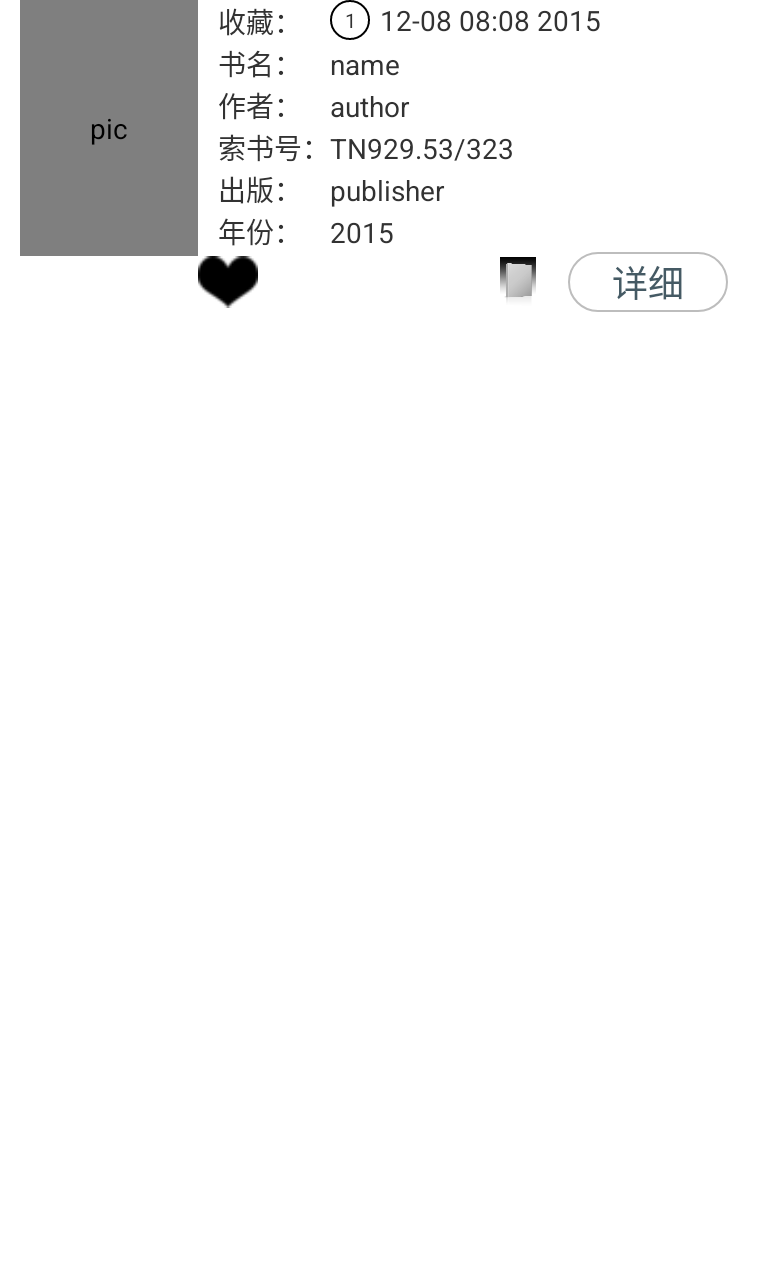
Repository: zhuyue1314/SysuLibrary
Layout: SysuLibrary-android/SysuMobileLibrary/res/layout/like_book_list_item.xml
These files come from the project's save history. The layout is drawn as it stood at one moment and after the next save; the edit follows.
Pictures or frames that could not be fetched are drawn as grey boxes. It is drawn on a 768 x 1280 px phone screen (xhdpi) without system bars, with theme AppTheme; the app's code is not run.

Above is the layout before, as saved 2015-12-29 14:31:33.

### SysuLibrary-android/SysuMobileLibrary/res/layout/like_book_list_item.xml
<?xml version="1.0" encoding="utf-8"?>
<LinearLayout xmlns:android="http://schemas.android.com/apk/res/android"
    android:layout_width="match_parent"
    android:layout_height="match_parent"
    android:orientation="vertical" >

    <LinearLayout
        android:layout_width="match_parent"
        android:layout_height="wrap_content"
        android:layout_marginLeft="10dp"
        android:layout_marginRight="10dp"
        android:orientation="horizontal" >

        <com.android.volley.toolbox.NetworkImageView
            android:id="@+id/niv_pic"
            android:layout_width="89dp"
            android:layout_height="128dp"
            android:contentDescription="pic"
            android:scaleType="centerCrop"
            android:src="@drawable/head_cat" />

        <LinearLayout
            android:layout_width="fill_parent"
            android:layout_height="wrap_content"
            android:orientation="vertical" >

            <TableLayout
                android:layout_width="fill_parent"
                android:layout_height="match_parent"
                android:layout_marginLeft="10dp" >

                <TableRow>

                    <TextView
                        android:layout_width="wrap_content"
                        android:layout_height="wrap_content"
                        android:text="收藏：" />

                    <LinearLayout
                        android:layout_width="match_parent"
                        android:layout_height="wrap_content"
                        android:gravity="center"
                        android:orientation="horizontal" >

                        <TextView
                            android:id="@+id/tv_no"
                            android:layout_width="20dp"
                            android:layout_height="20dp"
                            android:layout_marginRight="5dp"
                            android:background="@drawable/circle_index"
                            android:gravity="center"
                            android:text="1"
                            android:textSize="10sp" />

                        <TextView
                            android:id="@+id/tv_like_time"
                            android:layout_width="fill_parent"
                            android:layout_height="wrap_content"
                            android:clickable="true"
                            android:ellipsize="marquee"
                            android:singleLine="true"
                            android:text="12-08 08:08 2015"
                            android:textIsSelectable="true" />
                    </LinearLayout>
                </TableRow>

                <TableRow>

                    <TextView
                        android:layout_width="wrap_content"
                        android:layout_height="wrap_content"
                        android:text="书名：" />

                    <TextView
                        android:id="@+id/tv_name"
                        android:layout_width="fill_parent"
                        android:layout_height="wrap_content"
                        android:ellipsize="marquee"
                        android:focusable="true"
                        android:maxLines="2"
                        android:text="name"
                        android:textIsSelectable="true" />
                </TableRow>

                <TableRow>

                    <TextView
                        android:layout_width="wrap_content"
                        android:layout_height="wrap_content"
                        android:text="作者：" />

                    <TextView
                        android:id="@+id/tv_author"
                        android:layout_width="fill_parent"
                        android:layout_height="wrap_content"
                        android:ellipsize="marquee"
                        android:singleLine="true"
                        android:text="author"
                        android:textIsSelectable="true" />
                </TableRow>

                <TableRow>

                    <TextView
                        android:layout_width="wrap_content"
                        android:layout_height="wrap_content"
                        android:text="索书号："
                        />

                    <TextView
                        android:id="@+id/tv_book_num"
                        android:layout_width="fill_parent"
                        android:layout_height="wrap_content"
                        android:ellipsize="marquee"
                        android:singleLine="true"
                        android:text="TN929.53/323"
                        android:textIsSelectable="true" />
                </TableRow>

                <TableRow>

                    <TextView
                        android:layout_width="wrap_content"
                        android:layout_height="wrap_content"
                        android:text="出版：" />

                    <TextView
                        android:id="@+id/tv_publisher"
                        android:layout_width="fill_parent"
                        android:layout_height="wrap_content"
                        android:ellipsize="marquee"
                        android:singleLine="true"
                        android:text="publisher"
                        android:textIsSelectable="true" />
                </TableRow>

                <TableRow>

                    <TextView
                        android:layout_width="wrap_content"
                        android:layout_height="wrap_content"
                        android:text="年份：" />

                    <TextView
                        android:id="@+id/tv_year"
                        android:layout_width="fill_parent"
                        android:layout_height="wrap_content"
                        android:ellipsize="marquee"
                        android:singleLine="true"
                        android:text="2015"
                        android:textIsSelectable="true" />
                </TableRow>
            </TableLayout>

            <RelativeLayout
                android:layout_width="fill_parent"
                android:layout_height="wrap_content" >

                <ImageView
                    android:id="@+id/iv_delete"
                    android:layout_width="30dp"
                    android:layout_height="30dp"
                    android:layout_alignParentLeft="true"
                    android:layout_centerVertical="true"
                    android:src="@drawable/like" />

                <TextView
                    android:id="@+id/tv_detail"
                    android:layout_width="80dp"
                    android:layout_height="30dp"
                    android:layout_alignParentRight="true"
                    android:layout_marginLeft="10dp"
                    android:layout_marginRight="10dp"
                    android:background="@drawable/imageview_btn_item_selector"
                    android:clickable="true"
                    android:focusable="true"
                    android:gravity="center"
                    android:text="详细"
                    android:textColor="#455a64"
                    android:textSize="18sp" />

                <ImageView
                    android:id="@+id/iv_note"
                    android:layout_width="30dp"
                    android:layout_height="25dp"
                    android:layout_centerVertical="true"
                    android:layout_toLeftOf="@id/tv_detail"
                    android:src="@drawable/book_bg" />
            </RelativeLayout>
        </LinearLayout>
    </LinearLayout>

</LinearLayout>

### SysuLibrary-android/SysuMobileLibrary/res/values/styles.xml
<resources>


    <!-- 标题1样式 -->
    <style name="txt_titleStyle1">
        <item name="android:layout_width">wrap_content</item>
        <item name="android:layout_height">wrap_content</item>
        <item name="android:textSize">20sp</item>
        <item name="android:textColor">@color/white</item>
    </style>
    <!-- 图片样式 -->
    <style name="img_Style">
        <item name="android:layout_width">wrap_content</item>
        <item name="android:layout_height">wrap_content</item>
        <item name="android:contentDescription">@string/app_name</item>
    </style>

    <style name="TxtTitle" parent="@style/img_Style">
        <item name="android:textSize">18sp</item>
        <item name="android:textColor">#000000</item>
        <item name="android:paddingLeft">6.0dip</item>
        <item name="android:paddingRight">6.0dip</item>
        <item name="android:focusable">false</item>
    </style>

    <style name="tab_menu_item">
        <item name="android:layout_width">0dp</item>
        <item name="android:layout_weight">1</item>
        <item name="android:layout_height">match_parent</item>
        <item name="android:background">@drawable/tab_menu_bg</item>
        <item name="android:button">@null</item>
        <item name="android:gravity">center</item>
        <item name="android:paddingTop">3dp</item>
        <item name="android:textColor">@drawable/tab_menu_text</item>
        <item name="android:textSize">15sp</item>
    </style>
    <!--
        Base application theme, dependent on API level. This theme is replaced
        by AppBaseTheme from res/values-vXX/styles.xml on newer devices.



    -->
    <style name="AppBaseTheme" parent="android:Theme.Light">
        <!--
            Theme customizations available in newer API levels can go in
            res/values-vXX/styles.xml, while customizations related to
            backward-compatibility can go here.



        -->
    </style>

    <!-- Application theme. -->
    <style name="AppTheme" parent="AppBaseTheme">
        <!-- All customizations that are NOT specific to a particular API-level can go here. -->
    </style>

</resources>

### SysuLibrary-android/SysuMobileLibrary/res/drawable/circle_index.xml
<?xml version="1.0" encoding="utf-8"?>
<shape
    xmlns:android="http://schemas.android.com/apk/res/android"
    android:shape="oval"
    android:useLevel="false">

    <solid android:color="#ffffff"/>
    <stroke
        android:width="1dp"
        android:color="#000000"/>
    <size android:width="20dp"
          android:height="20dp"/>
</shape>

### SysuLibrary-android/SysuMobileLibrary/res/drawable/imageview_btn_item_selector.xml
<?xml version="1.0" encoding="utf-8"?>
<selector xmlns:android="http://schemas.android.com/apk/res/android">

    <item android:drawable="@color/black2" android:state_pressed="true"><shape xmlns:android="http://schemas.android.com/apk/res/android">
            <solid android:color="#80858175" />

            <stroke android:width="2dip" android:color="#f5f5f5" />

            <corners android:radius="20dp" />
        </shape></item>
    <item android:state_pressed="false"><shape android:shape="rectangle">
            <solid android:color="#80858175" />

            <gradient android:angle="90" android:endColor="@color/white" android:startColor="@color/white" />

            <stroke android:width="1dip" android:color="#bdbdbd" />

            <corners android:radius="20dp" />
        </shape></item>

</selector><!--
solid设置填充颜色，颜色值以#80开头表示透明
stroke 设置边框宽度，颜色值
corners设置圆角
-->

### SysuLibrary-android/SysuMobileLibrary/res/values/colors.xml
<?xml version="1.0" encoding="utf-8"?>
<resources>

    <color name="bg_black">#000000</color>
    <color name="bg_white">#FFFFFF</color>
    <color name="bg_topbar">#FCFCFC</color>
    <color name="bg_gray">#00F1F1F1</color>
    <color name="transparent">#00FFFFFF</color>
    <color name="red">#FC2828</color>
    <color name="bar_color">#232325</color>
    <!-- 白色 -->
    <color name="white">#ffffff</color>
    <color name="black2">#ffeeeeee</color>
    <color name="text_gray">#8D7A71</color>
    <color name="text_white">#FFFFFF</color>
    <color name="text_yellow">#FFC800</color>
    <color name="text_topbar">#694E42</color>
    <color name="div_white">#E5E5E5</color>
    <color name="puple">#d500f9</color>
    <color name="blueGray">#607d8b</color>

</resources>

Loaded but not shown: SysuLibrary-android/SysuMobileLibrary/res/values-v11/styles.xml (common file); SysuLibrary-android/SysuMobileLibrary/res/values-v14/styles.xml (common file)

After the next save:
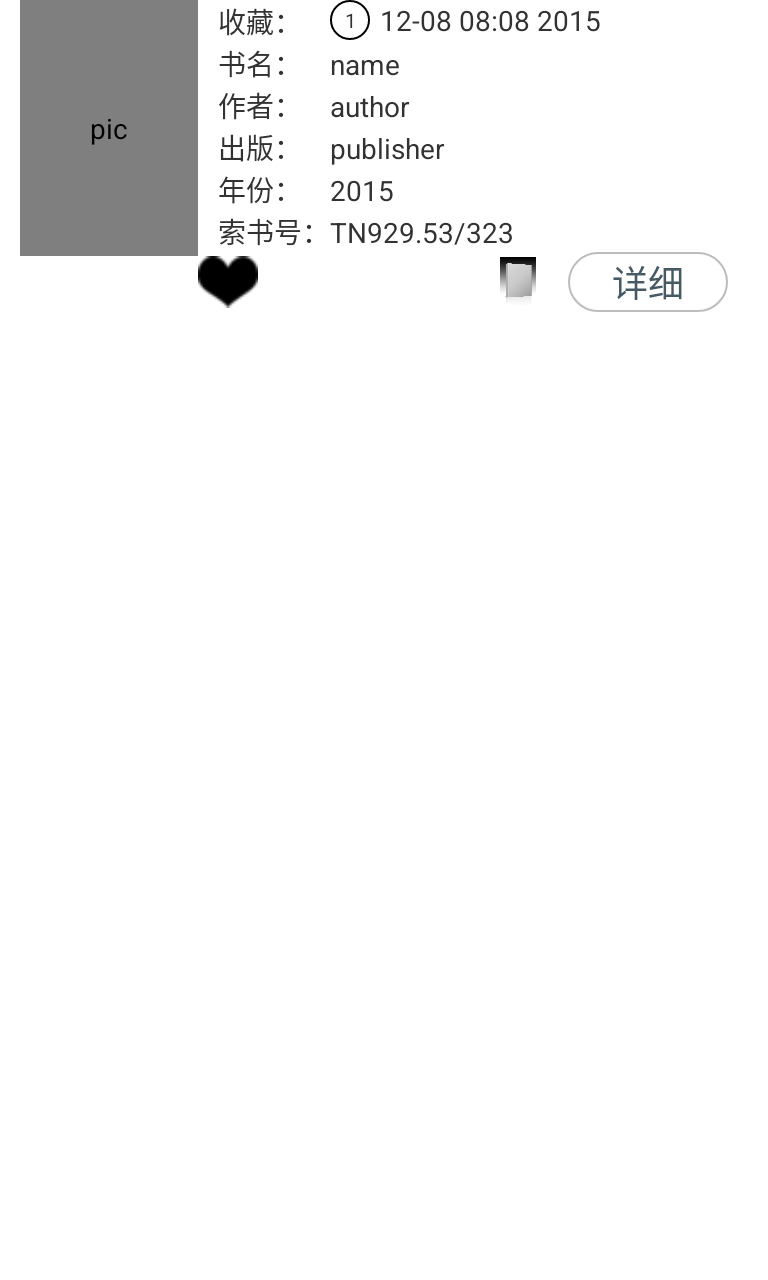
Saved 20 s later.
--- a/SysuLibrary-android/SysuMobileLibrary/res/layout/like_book_list_item.xml
+++ b/SysuLibrary-android/SysuMobileLibrary/res/layout/like_book_list_item.xml
@@ -104,24 +104,6 @@
                     <TextView
                         android:layout_width="wrap_content"
                         android:layout_height="wrap_content"
-                        android:text="索书号："
-                        />
-
-                    <TextView
-                        android:id="@+id/tv_book_num"
-                        android:layout_width="fill_parent"
-                        android:layout_height="wrap_content"
-                        android:ellipsize="marquee"
-                        android:singleLine="true"
-                        android:text="TN929.53/323"
-                        android:textIsSelectable="true" />
-                </TableRow>
-
-                <TableRow>
-
-                    <TextView
-                        android:layout_width="wrap_content"
-                        android:layout_height="wrap_content"
                         android:text="出版：" />
 
                     <TextView
@@ -148,6 +130,23 @@
                         android:ellipsize="marquee"
                         android:singleLine="true"
                         android:text="2015"
+                        android:textIsSelectable="true" />
+                </TableRow>
+
+                <TableRow>
+
+                    <TextView
+                        android:layout_width="wrap_content"
+                        android:layout_height="wrap_content"
+                        android:text="索书号：" />
+
+                    <TextView
+                        android:id="@+id/tv_book_num"
+                        android:layout_width="fill_parent"
+                        android:layout_height="wrap_content"
+                        android:ellipsize="marquee"
+                        android:singleLine="true"
+                        android:text="TN929.53/323"
                         android:textIsSelectable="true" />
                 </TableRow>
             </TableLayout>
